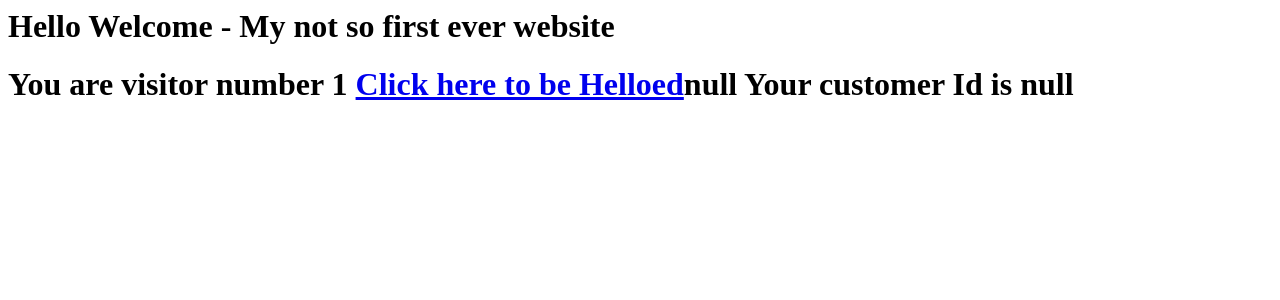
Repository: Rama-13/LaunchPadAllFiles
Page: http://localhost/FirstWebProject/Welcome
These files come from the project's save history. The page is drawn as it stood at one moment and after the next save; the edit follows.
The browser window is 1280 px wide. The pictures show the whole page.
The page is served by Tomcat 9.

Above is the page before, as saved 2019-07-26 06:39:39.

After the next save:
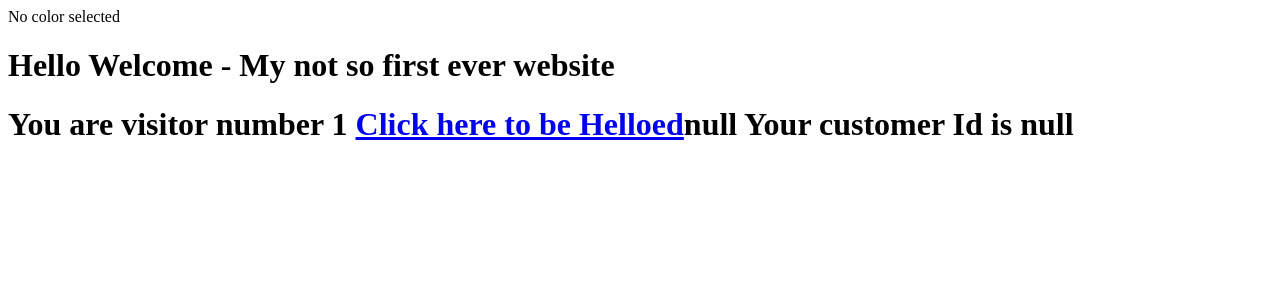
Saved 3 min 4 s later.
--- a/java-workspace/FirstWebProject/src/com/Welcome.java
+++ b/java-workspace/FirstWebProject/src/com/Welcome.java
@@ -30,6 +30,19 @@ public class Welcome extends HttpServlet {
 		String customerId = request.getParameter("CustomerId");
 		String color[]=request.getParameterValues("color");
 		counter++;
+		if(color == null) {
+			response.getWriter().println("No color selected");
+
+		}
+		else
+		{
+			for(String c: color)
+			{
+				response.getWriter().println("</br><font color ="+c+"Hello");
+			}
+
+
+		}
 		response.setContentType("text/html");
 		response.getWriter().println("<h1>Hello Welcome - My not so first ever website");
 		response.getWriter().println("<h1>You are visitor number "+counter);
